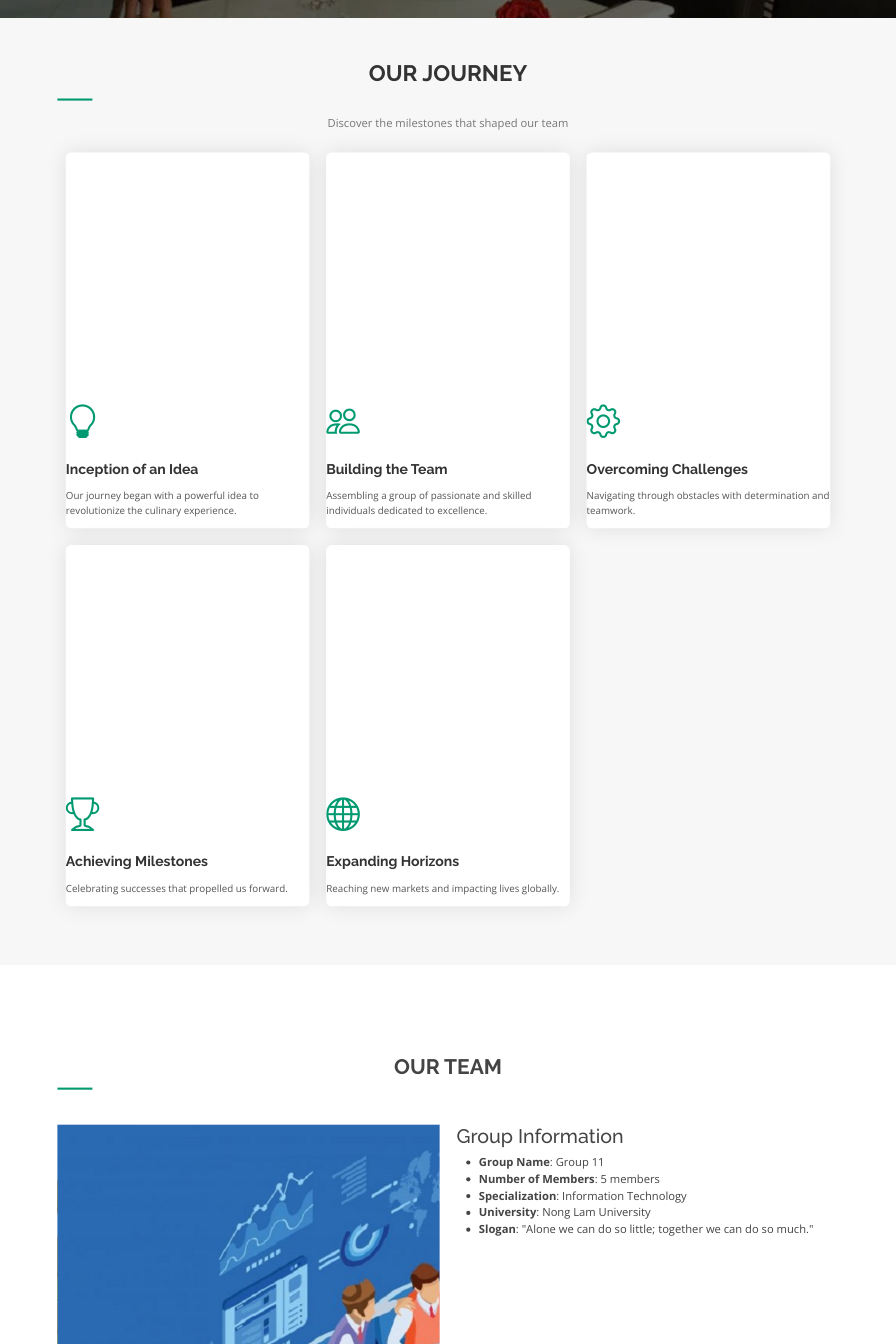
Repository: HoangKhangKhuPho4/Group_Web
Page: index.html
The author's editor kept a copy of each file at every save. The page is drawn from the files as they stood at one save, then again after the next save.
The browser window is 1280 px wide. The pictures show the part of the page from y = 694 to 2614 px (the page is 3524 px tall before and 3167 px after), at 70% of full size.
Backgrounds fixed to the window are drawn as part of the page.

Above is the page before, as saved 2024-10-20 00:22:43.

After the next save:
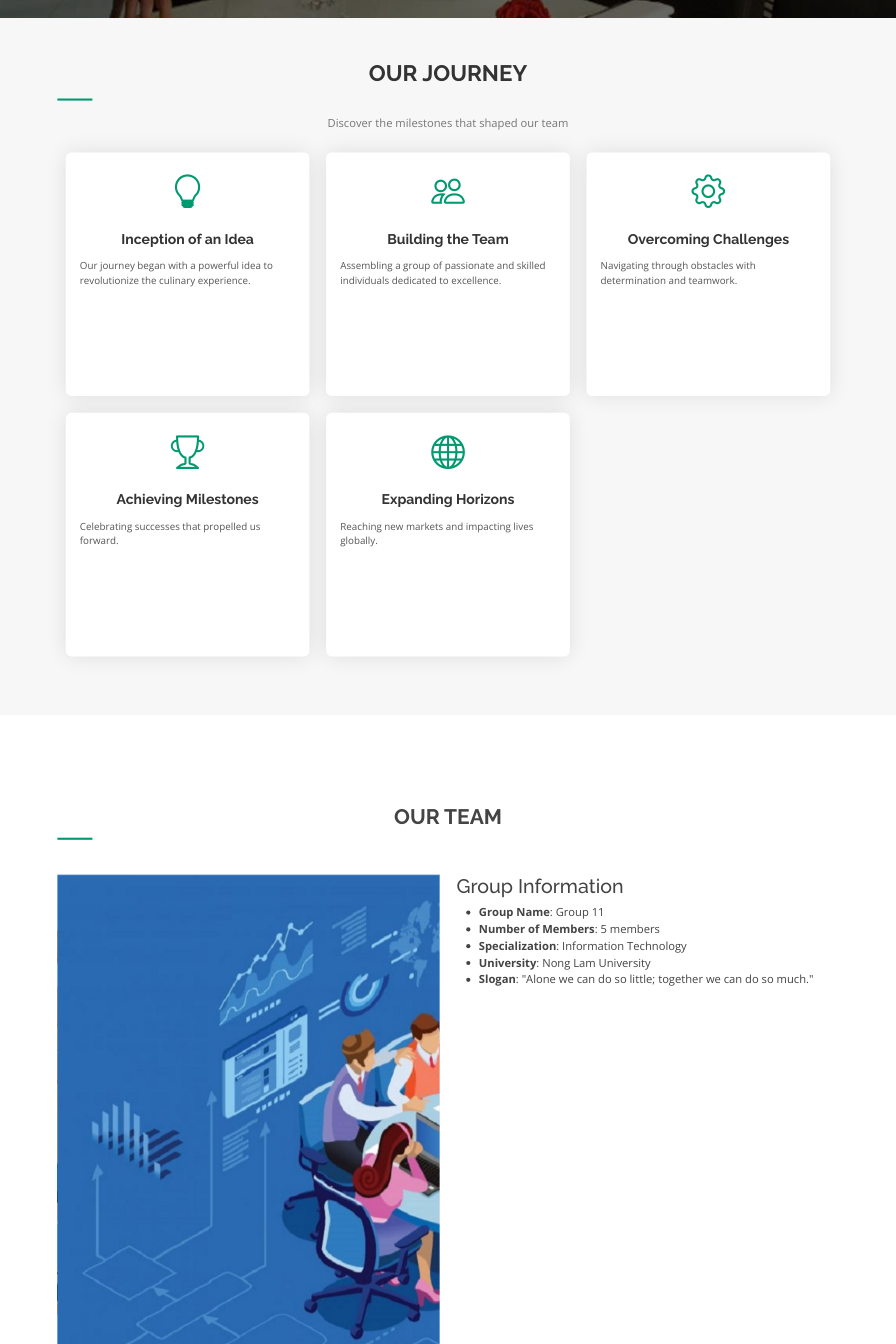
Saved 29 s later.
--- a/assets/css/style.css
+++ b/assets/css/style.css
@@ -589,6 +589,19 @@ section {
     transform: translateY(-10px);
   }
 
+  .story-item .icon-box {
+    position: absolute;
+    top: 0;
+    left: 0;
+    right: 0;
+    bottom: 0;
+    display: flex;
+    flex-direction: column;
+    justify-content: center; /* Căn giữa theo chiều dọc */
+    align-items: center; /* Căn giữa theo chiều ngang */
+    padding: 20px;
+  }
+
 
   .story-item::before {
     content: "";
